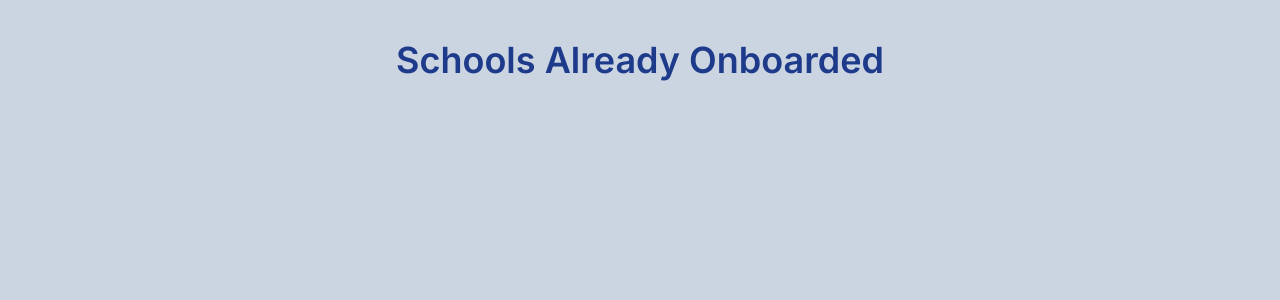
Repository: marcusdashe/fullstack-ts
Page: /
These files come from the project's save history. The page is drawn as it stood at one moment and after the next save; the edit follows.
The browser window is 1280 px wide. The pictures show the whole page.
The page's requests for data from a server got no answer. The project was rebuilt for these pictures with package versions that can differ from the ones it lists, and the page was loaded fresh each time. The framework's server and built-in components were replaced by stand-ins that run in the browser. No one was signed in, and anything a server would have sent is missing. Also part of the build but not shown: next.config.js.

Above is the page before, as saved 2023-07-27 22:25:56.

### app/layout.tsx
import "./globals.css";
import type { Metadata } from "next";
import { Inter } from "next/font/google";

const inter = Inter({
  weight: ["400", "600"],
  subsets: ["latin"],
});

export const metadata: Metadata = {
  title: "SMP",
  description: "School Management System for Secondary School",
  keywords: ["smp", "lms", "marcus"],
};

export default function RootLayout({
  children,
}: {
  children: React.ReactNode;
}) {
  return (
    <html lang="en">
      <body className={inter.className}>{children}</body>
    </html>
  );
}

### app/page.tsx
import Image from "next/image";
import React from "react";
import Head from "next/head";
import SchoolListed from "@/app/components/SchoolListed";

export default function Home() {
  return (
    <div className="bg-slate-300 min-h-screen">
      <Head>
        <title>School List</title>
        <meta name="description" content="A school management system" />
      </Head>

      <main className="container mx-auto py-10 px-4 flex flex-col items-center justify-center">
        <h1 className="text-4xl font-bold mb-8 text-blue-900">
          Schools Already Onboarded
        </h1>
        <SchoolListed />
      </main>
    </div>
  );
}

### app/components/SchoolListed.tsx
"use client";

import React, { useState, useEffect } from "react";
import SchoolService, { School } from "@/app/services/api/school.service";

const SchoolListed: React.FC = () => {
  const [schoolArray, setSchoolArray] = useState<School[]>([]);
  const [loading, setLoading] = useState<Boolean>(true);

  useEffect(() => {
    const fetchSchools = async () => {
      try {
        const response = await SchoolService.fetchAllSchools();
        if (response.statusText !== "ok")
          throw Error("Did not receive expected data");
        console.log(response.data);
        setSchoolArray(response.data);
      } catch (error: any) {
        console.log(error.message);
      } finally {
        setLoading(false);
      }
    };
    setTimeout(() => {
      (async () => await fetchSchools())();
    }, 2000);
  }, []);
  return (
    <>
      <div className="grid grid-cols-1">
        {schoolArray.length > 0 ? <></> : <></>}
      </div>
    </>
  );
};

export default SchoolListed;

### app/services/api/school.service.ts
import axios, { AxiosResponse } from "axios";
import config from "../config";

export interface School {
  schoolName: string;
  schoolAddress: string;
  schoolPhoneNumber: string;
  schoolWebsite: string;
  schoolEmail: string;
  schoolLogo: string;
}

const API_URL: string = config.API_BASE_URL;

class SchoolService {
  static client = axios.create({
    baseURL: API_URL,
  });

  async registerSchool(school: School): Promise<AxiosResponse<School>> {
    const response = await SchoolService.client.post<School>(
      "/schools/create",
      school
    );
    return response;
  }

  async fetchAllSchools(): Promise<AxiosResponse<School[]>> {
    const response = await SchoolService.client.get<School[]>("/schools");
    return response;
  }

  async fetchSchoolById(id: number): Promise<AxiosResponse<School>> {
    const response = await SchoolService.client.get<School>(`/school/${id}`);
    return response;
  }

  async updateSchool(
    school: School,
    id: number
  ): Promise<AxiosResponse<School>> {
    const response = await SchoolService.client.put<School>(
      `/schools/${id}`,
      school
    );
    return response;
  }

  async delSchoolById(id: number): Promise<AxiosResponse<void>> {
    const response = await SchoolService.client.delete<void>(`/schools/${id}`);
    return response;
  }

  async fetchSchoolByName(schoolName: string): Promise<AxiosResponse<School>> {
    const response = await SchoolService.client.get<School>(
      `/schools/byName/${schoolName}`
    );
    return response;
  }

  async fetchSchoolByPhoneNumber(
    phoneNumber: string
  ): Promise<AxiosResponse<School>> {
    const response = await SchoolService.client.get<School>(
      `/schools/byPhoneNumber/${phoneNumber}`
    );
    return response;
  }

  async fetchSchoolByWebsite(
    schoolWebsite: string
  ): Promise<AxiosResponse<School>> {
    const response = await SchoolService.client.get<School>(
      `/schools/byWebsite/${schoolWebsite}`
    );
    return response;
  }

  async fetchSchoolByEmail(email: string): Promise<AxiosResponse<School>> {
    const response = await SchoolService.client.get<School>(
      `/schools/byEmail/${email}`
    );
    return response;
  }
}

export default new SchoolService();

### app/services/config.ts
export default {
  API_BASE_URL:
    `${process.env.NEXT_PUBLIC_BACKEND_BASE_URL}/api-v1` ||
    "http://localhost:8000/api-v1",
};

Loaded but not shown: app/globals.css (common file); tailwind.config.js (common file)

After the next save:
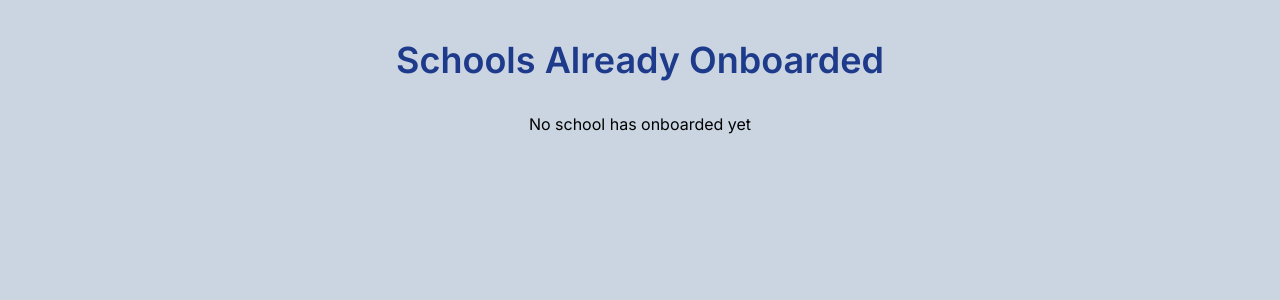
Saved 11 min 53 s later.
--- a/app/components/SchoolListed.tsx
+++ b/app/components/SchoolListed.tsx
@@ -28,7 +28,17 @@ const SchoolListed: React.FC = () => {
   return (
     <>
       <div className="grid grid-cols-1">
-        {schoolArray.length > 0 ? <></> : <></>}
+        {schoolArray.length > 0 ? (
+          <>
+            {schoolArray.map((school: School) => (
+              <SchoolCard />
+            ))}
+          </>
+        ) : (
+          <>
+            <p>No school has onboarded yet</p>
+          </>
+        )}
       </div>
     </>
   );
